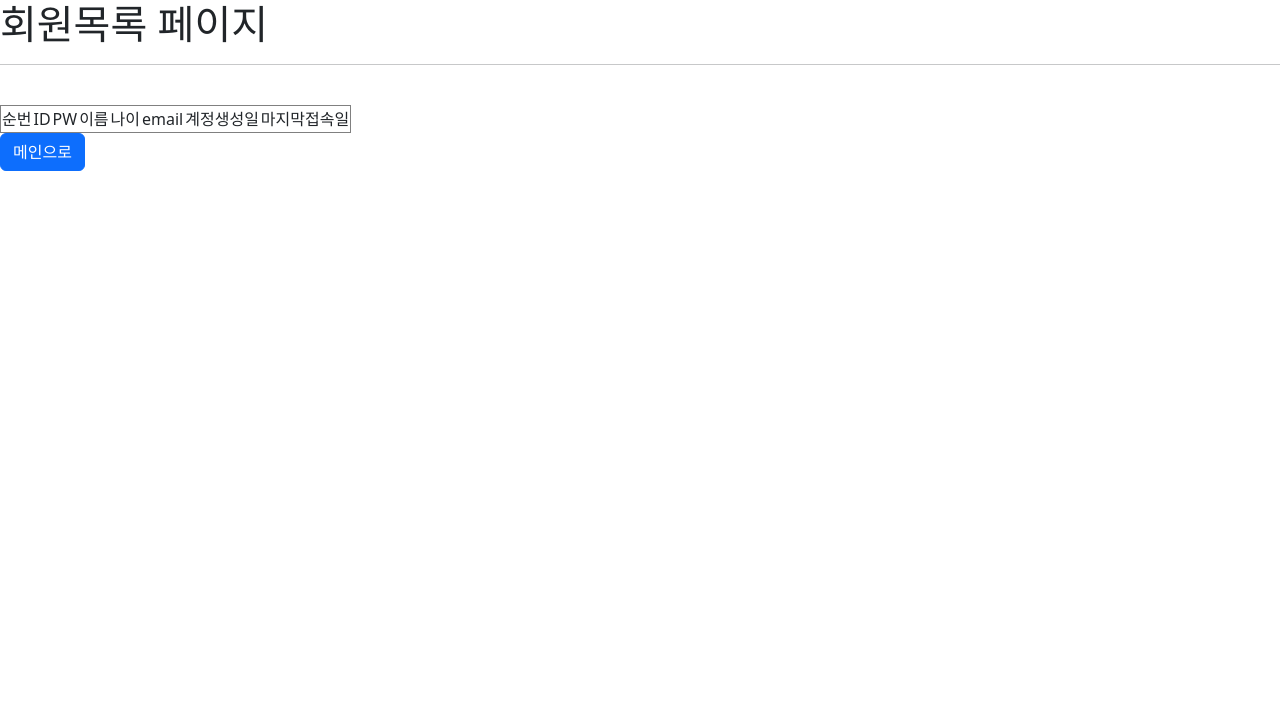
Repository: yangone8249/jsp_project
Page: http://localhost/yang_project/member/MemberList.jsp
The author's editor kept a copy of each file at every save. The page is drawn from the files as they stood at one save, then again after the next save.
The browser window is 1280 px wide. The pictures show the whole page.
The page is served by Tomcat 9.

Above is the page before, as saved 2023-06-01 02:02:59.

After the next save:
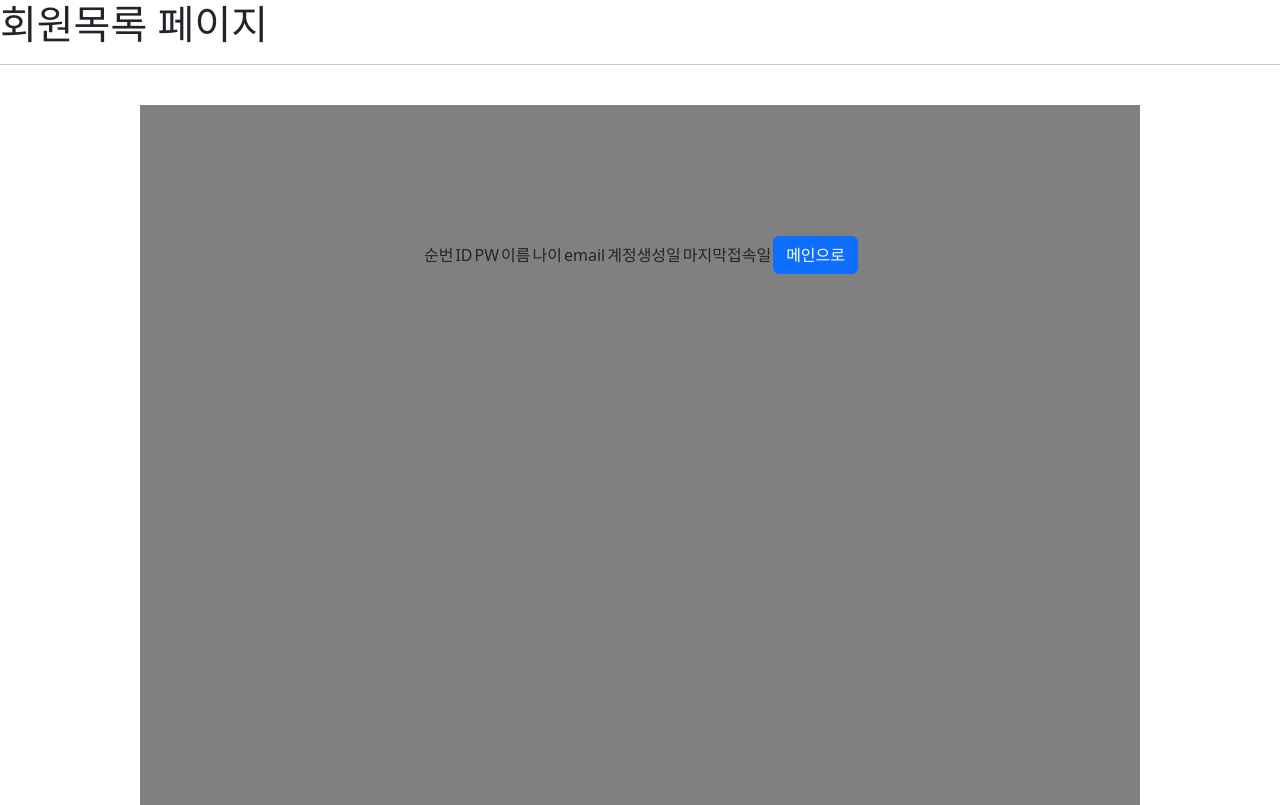
Saved 43 s later.
--- a/yang_project/yang_project/src/main/webapp/member/MemberList.jsp
+++ b/yang_project/yang_project/src/main/webapp/member/MemberList.jsp
@@ -24,6 +24,7 @@
 <body>
 		<h1>회원목록 페이지</h1>
 		<hr><br>
+		<div id="content">
 		<table border="1">
 			<tr>
 				<td>순번</td>
@@ -49,5 +50,6 @@
 			</c:forEach>
 		</table>
 		<a href="/"><button type="button" class="btn btn-primary">메인으로</button></a>
+		</div>
 </body>
 </html>
